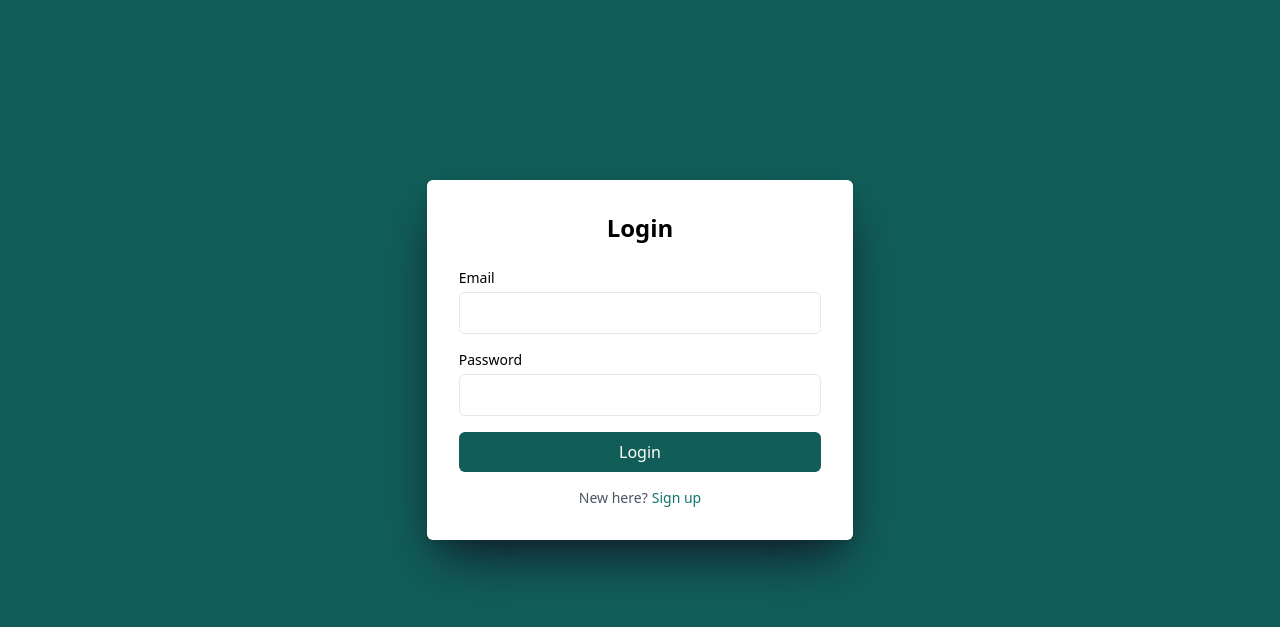
Repository: alizey12/POS-React-website
Page: /
The author's editor kept a copy of each file at every save. The page is drawn from the files as they stood at one save, then again after the next save.
The browser window is 1280 px wide. The pictures show the whole page.
The project was rebuilt for these pictures with package versions that can differ from the ones it lists, and the page was loaded fresh each time. Also part of the build but not shown: vite.config.js, src/navbar.jsx, src/sidebar.jsx, src/Dashboard.jsx.

Above is the page before, as saved 2024-12-31 15:38:17.

### src/App.jsx
import { BrowserRouter as Router, Routes, Route } from 'react-router-dom';
import LoginPage from "./login"
import Dashboard from './Dashboard';

function App() {
  return (
    <Router>
      <Routes>
        <Route path="/" element={<LoginPage />} />
        <Route path="/dashboard" element={<Dashboard />} />
      </Routes>
    </Router>
  );
}

export default App;

### src/login.jsx
import { useState } from 'react';
import toast, { Toaster } from 'react-hot-toast';
import { useNavigate } from 'react-router-dom';

const SignupLogin = () => {
  const [isLogin, setIsLogin] = useState(true);
  const [formData, setFormData] = useState({
    email: '',
    password: '',
    confirmPassword: '',
  });
  const [errors, setErrors] = useState({});
  const [storedUser, setStoredUser] = useState(null);
  const navigate = useNavigate();

  const toggleForm = () => setIsLogin(!isLogin);

  const handleChange = (e) => {
    const { name, value } = e.target;
    setFormData({ ...formData, [name]: value });
    setErrors({ ...errors, [name]: '' }); // Clear error on change
  };

  const validateForm = () => {
    const newErrors = {};
    if (!formData.email) newErrors.email = 'Please enter email';
    if (!formData.password) newErrors.password = 'Please enter password';
    if (!isLogin && formData.password !== formData.confirmPassword) {
      newErrors.confirmPassword = 'Passwords do not match';
    }
    setErrors(newErrors);
    return Object.keys(newErrors).length === 0;
  };

  const handleSubmit = (e) => {
    e.preventDefault();
    if (!validateForm()) return;

    const { email, password } = formData;

    if (isLogin) {
      if (storedUser && email === storedUser.email && password === storedUser.password) {
        toast.success('Login successful!');
        setTimeout(() => navigate('/dashboard'), 1500);
      } else {
        toast.error('Your email or password is incorrect. Please try again.');
      }
    } else {
      setStoredUser({ email, password });
      toast.success('Signup successful!');
      setTimeout(() => setIsLogin(true), 1500);
    }
  };

  return (
    <div className="flex items-center justify-center min-h-screen  bg-teal-800 to-yellow-500">
      <div className=" bg-white w-1/3 shadow-lg rounded-lg">

        <div className="w-full bg-white rounded-md shadow-gray-900 shadow-2xl p-8 justify-center">
          <h2 className="text-2xl font-bold text-center ">
            {isLogin ? 'Login' : 'Sign Up'}
          </h2>
          <form onSubmit={handleSubmit} className="mt-6 space-y-4">
            <div>
              <label className="block text-sm font-medium ">Email</label>
              <input
                type="email"
                name="email"
                value={formData.email}
                onChange={handleChange}
                className="mt-1 block w-full p-2 border rounded-md focus:outline-none focus:ring-blue-500 focus:border-blue-500"
              />
              {errors.email && <p className="text-red-500 text-sm mt-1">{errors.email}</p>}
            </div>
            <div>
              <label className="block text-sm font-medium ">Password</label>
              <input
                type="password"
                name="password"
                value={formData.password}
                onChange={handleChange}
                className="mt-1 block w-full p-2 border rounded-md focus:outline-none focus:ring-blue-500 focus:border-blue-500"
              />
              {errors.password && <p className="text-red-500 text-sm mt-1">{errors.password}</p>}
            </div>
            {!isLogin && (
              <div>
                <label className="block text-sm font-medium ">Confirm Password</label>
                <input
                  type="password"
                  name="confirmPassword"
                  value={formData.confirmPassword}
                  onChange={handleChange}
                  className="mt-1 block w-full p-2 border rounded-md focus:outline-none focus:ring-blue-500 focus:border-blue-500"
                />
                {errors.confirmPassword && <p className="text-red-500 text-sm mt-1">{errors.confirmPassword}</p>}
              </div>
            )}
            <button
              type="submit"
              className="w-full bg-teal-800 text-white p-2 rounded-md hover:bg-teal-600 focus:outline-none focus:ring-2 focus:ring-blue-500 focus:ring-offset-2"
            >
              {isLogin ? 'Login' : 'Sign Up'}
            </button>
          </form>
          <p className="text-center text-sm text-gray-600 mt-4">
            {isLogin ? 'New here?' : 'Already have an account?'}
            <button
              type="button"
              onClick={toggleForm}
              className="ml-1 text-teal-700 hover:underline"
            >
              {isLogin ? 'Sign up' : 'Login'}
            </button>
          </p>
        </div>
      </div>
      <Toaster />
    </div>
  );
};

export default SignupLogin;

Loaded but not shown: index.html (common file); src/main.jsx (common file); src/index.css (common file); tailwind.config.js (common file)

After the next save:
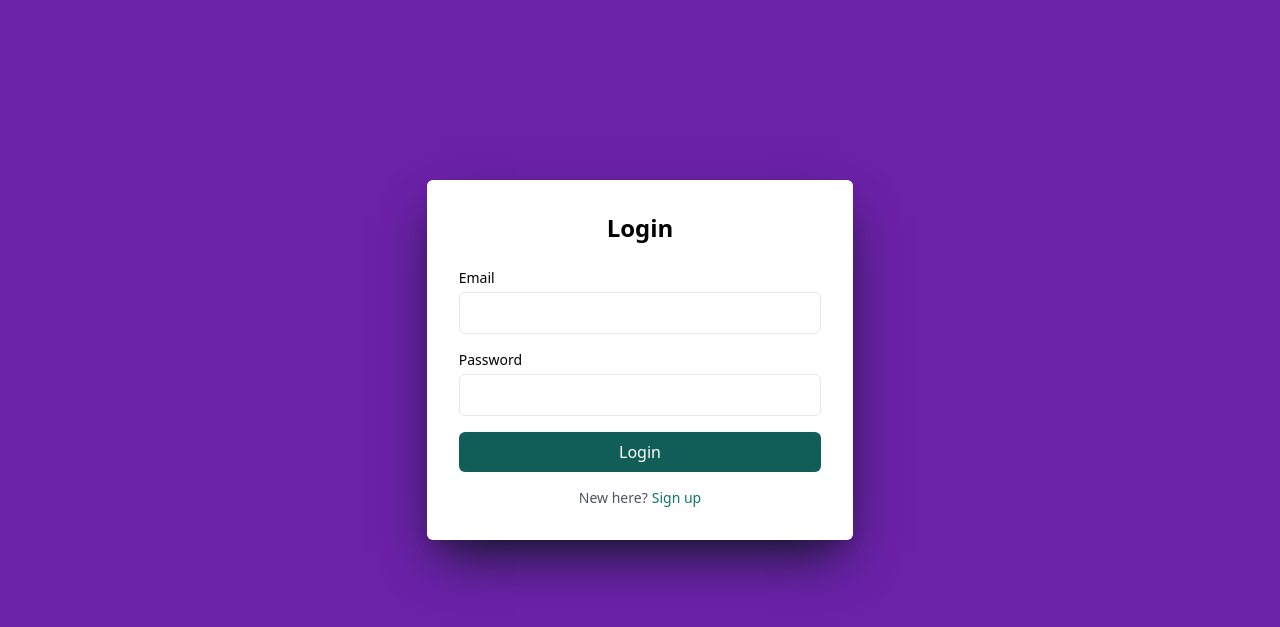
Saved 15 s later.
--- a/src/login.jsx
+++ b/src/login.jsx
@@ -53,7 +53,7 @@ const SignupLogin = () => {
   };
 
   return (
-    <div className="flex items-center justify-center min-h-screen  bg-teal-800 to-yellow-500">
+    <div className="flex items-center justify-center min-h-screen  bg-purple-800 to-yellow-500">
       <div className=" bg-white w-1/3 shadow-lg rounded-lg">
 
         <div className="w-full bg-white rounded-md shadow-gray-900 shadow-2xl p-8 justify-center">
